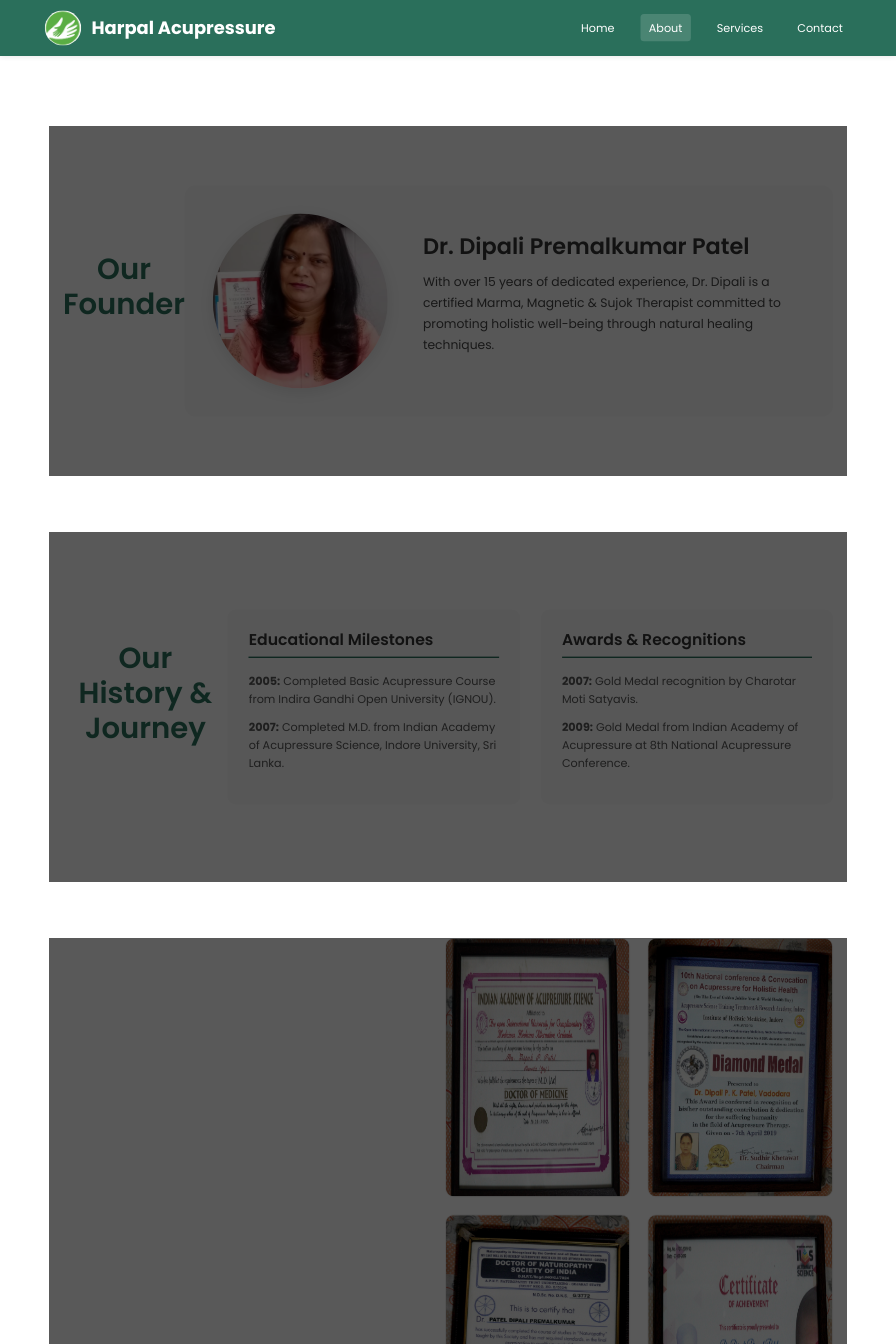
Repository: swasthiik/my-websites
Page: about.html
An editor plug-in stored every save of this project. The page is shown before and after the next save, followed by the edit.
The browser window is 1280 px wide. The pictures show the part of the page from y = 0 to 1920 px (the page is 6622 px tall), at 70% of full size.

Above is the page before, as saved 2025-11-01 13:25:03.

After the next save:
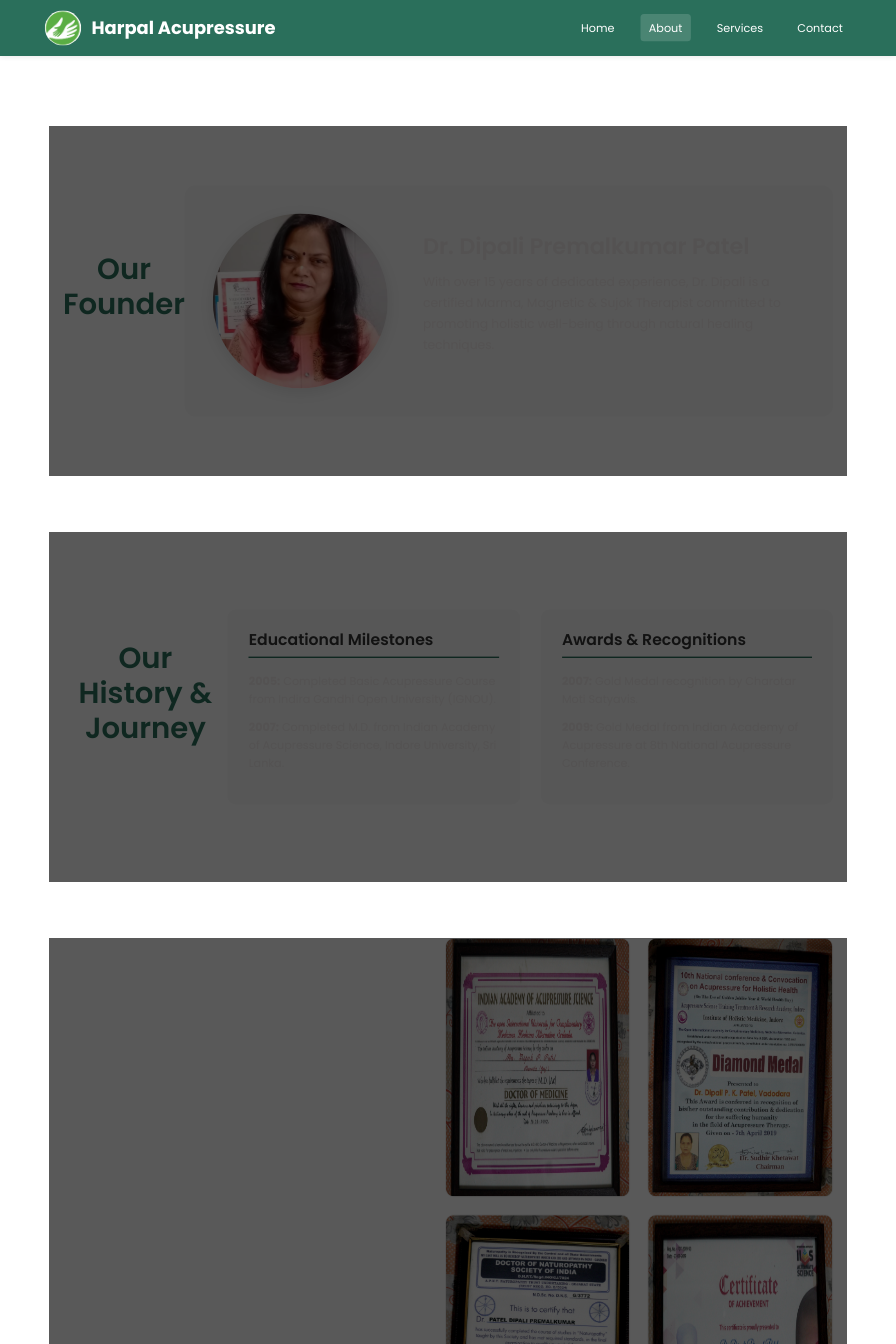
Saved 105 s later.
--- a/about.css
+++ b/about.css
@@ -74,14 +74,14 @@ main {
 .founder-details h3 {
   font-size: 2em;
   font-weight: 600;
-  color: #333;
+  color: #f1ecec;
   margin: 0 0 15px 0;
 }
 
 .founder-details p {
   font-size: 1.1em;
   line-height: 1.7;
-  color: #444;
+  color: #f3eded;
 }
 
 /* ======================================================= */
@@ -117,7 +117,7 @@ main {
 .history-box li {
   margin-bottom: 15px;
   font-size: 1em;
-  color: #555;
+  color: #f1ecec;
   line-height: 1.6;
 }
 
